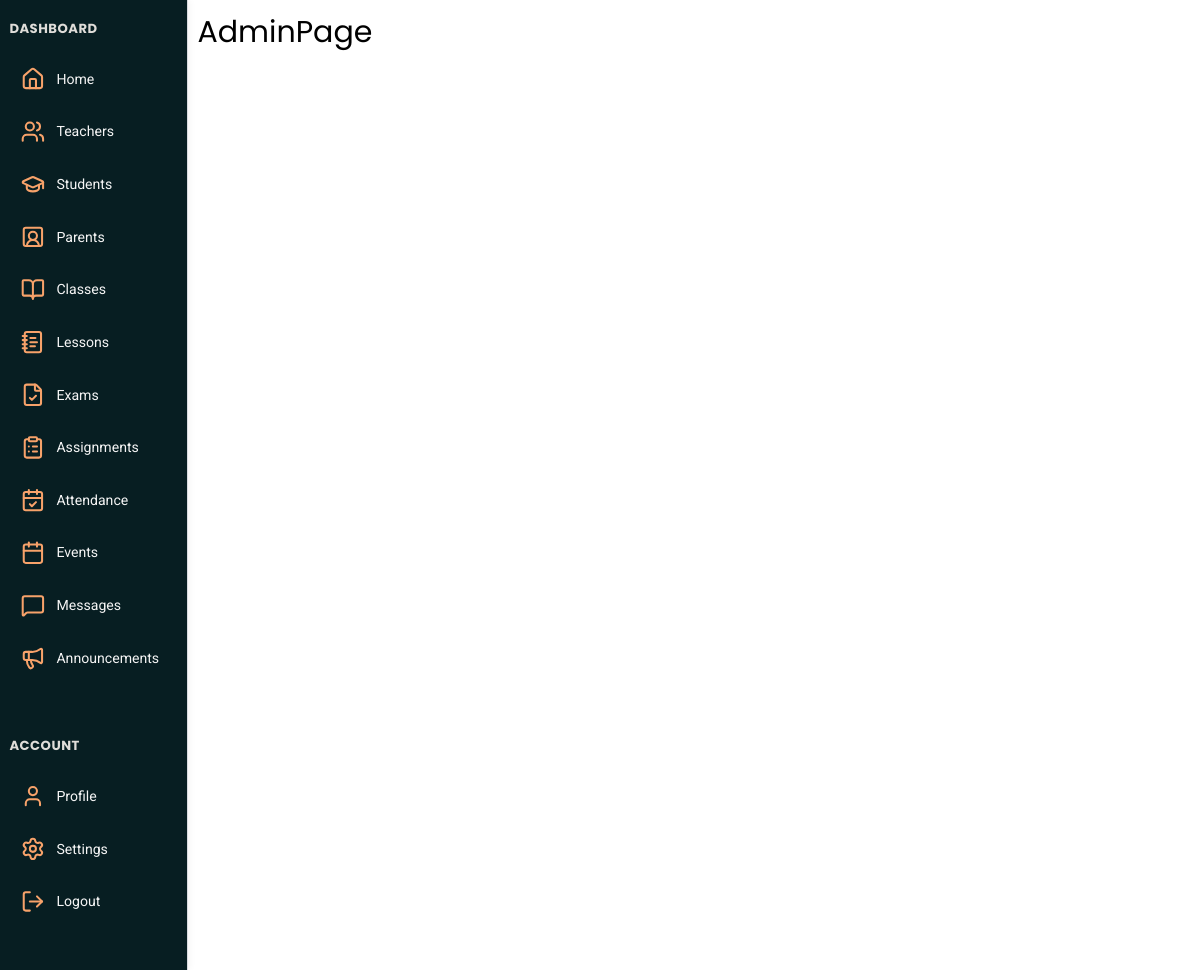
Repository: GlorifiedIntel/student-portal
Page: /admin
An editor plug-in stored every save of this project. The page is shown before and after the next save, followed by the edit.
The browser window is 1280 px wide. The pictures show the whole page, at 94% of full size.
The project was rebuilt for these pictures with package versions that can differ from the ones it lists, and the page was loaded fresh each time. The framework's server and built-in components were replaced by stand-ins that run in the browser. Also part of the build but not shown: next.config.mjs.

Above is the page before, as saved 2025-08-21 17:05:23.

### src/app/layout.js
import { Play, Poppins, Roboto } from "next/font/google";
import "./globals.css";

const play = Play({
  variable: "--font-play",
  subsets: ["latin"],
  weight: ["400", "700"], // available weights
});

const poppins = Poppins({
  variable: "--font-poppins",
  subsets: ["latin"],
  weight: ["100", "200", "300", "400", "500", "600", "700", "800", "900"],
});

const roboto = Roboto({
  variable: "--font-roboto",
  subsets: ["latin"],
  weight: ["100", "300", "400", "500", "700", "900"],
});

export const metadata = {
  title: "Create Next App",
  description: "Generated by create next app",
};

export default function RootLayout({ children }) {
  return (
    <html lang="en">
      <body className={`${roboto.variable} ${poppins.variable} ${play.variable} antialiased`}>
       {children}
      </body>
    </html>
  );
}

### src/app/(dashboard)/layout.jsx
import Menu from "@/components/Menu";
import styles from "./Layout.module.css";

export default function DashboardLayout({ children }) {
  return (
    <div className={styles.dashboardlayout}>
      <aside className={styles.menusidebar}>
        <Menu />
      </aside>
      <main className={styles.dashboardcontent}>{children}</main>
    </div>
  );
}

### src/app/(dashboard)/admin/page.jsx
import React from 'react'

const AdminPage = () => {
  return (
    <div><h1>AdminPage</h1></div>
  )
}

export default AdminPage

### src/app/globals.css
@import "tailwindcss";


html, body {
  height: 100%;
  margin: 0;
  padding: 0;
   font-family: var(--font-roboto), sans-serif;
}

h1, h2, h3 {
  font-family: var(--font-poppins), sans-serif;
}

.special-text {
  font-family: var(--font-play), serif;
}


#__next, #root {
  height: 100%;
}

h1 {
  font-size: 2rem;
  margin-bottom: 1rem;
}

### src/components/Menu.jsx
"use client";

import Link from "next/link";
import {
  Home,
  Users,
  GraduationCap,
  UserSquare2,
  BookOpen,
  NotebookText,
  FileCheck,
  ClipboardList,
  CalendarCheck,
  Calendar,
  MessageSquare,
  Megaphone,
  User,
  Settings,
  LogOut,
} from "lucide-react";
import styles from "./Menu.module.css";  // ✅ Corrected import

const menuItems = [
  {
    title: "DASHBOARD",
    items: [
      { icon: Home, label: "Home", href: "/" },
      { icon: Users, label: "Teachers", href: "/teachers" },
      { icon: GraduationCap, label: "Students", href: "/students" },
      { icon: UserSquare2, label: "Parents", href: "/parents" },
      { icon: BookOpen, label: "Classes", href: "/classes" },
      { icon: NotebookText, label: "Lessons", href: "/lessons" },
      { icon: FileCheck, label: "Exams", href: "/exams" },
      { icon: ClipboardList, label: "Assignments", href: "/assignments" },
      { icon: CalendarCheck, label: "Attendance", href: "/attendance" },
      { icon: Calendar, label: "Events", href: "/events" },
      { icon: MessageSquare, label: "Messages", href: "/messages" },
      { icon: Megaphone, label: "Announcements", href: "/announcements" },
    ],
  },
  {
    title: "ACCOUNT",
    items: [
      { icon: User, label: "Profile", href: "/profile" },
      { icon: Settings, label: "Settings", href: "/settings" },
      { icon: LogOut, label: "Logout", href: "/logout" },
    ],
  },
];

const Menu = () => {
  return (
    <div className={styles.menu}>
      {menuItems.map((section) => (
        <div className={styles["menu-section"]} key={section.title}>
          <span className={styles["menu-title"]}>{section.title}</span>
          {section.items.map((item) => (
            <Link href={item.href} key={item.label} className={styles["menu-link"]}>
              <item.icon size={26} className={styles["menu-icon"]} />
              <span>{item.label}</span>
            </Link>
          ))}
        </div>
      ))}
    </div>
  );
};

export default Menu;

### src/app/(dashboard)/Layout.module.css
.dashboardlayout {
  display: flex;
  min-height: 100vh;
}

.dashboardcontent {
  flex: 1;
  padding: 10px;
}

### src/components/Menu.module.css
.menu {
  width: 200px;
  background-color: #071E22;
  border-right: 1px solid #e5e7eb;
  padding: 20px 10px;
  display: flex;
  flex-direction: column;
  gap: 30px;
  min-height: 100vh;
  box-shadow: 2px 0 8px rgba(0, 0, 0, 0.05);
  transition: all 0.3s ease-in-out;
}

.menu-section {
  display: flex;
  flex-direction: column;
  gap: 10px;
  margin-bottom: 30px;
}

.menu-title {
  font-size: 14px;
  font-weight: 700;
  color: #dfddd9;
  text-transform: uppercase;
  margin-bottom: 10px;
  letter-spacing: 0.5px;
  font-family: Poppins, sans-serif;
}

.menu-link {
  display: flex;
  align-items: center;
  gap: 12px;
  padding: 10px 12px;
  text-decoration: none;
  color: whitesmoke;
  font-size: 15px;
  border-radius: 8px;
  transition: background 0.2s ease, color 0.2s ease;
}

.menu-link:hover {
  background-color: #f3f4f6;
  color: #1f2937;
}

.menu-icon {
  color: #f7a26a;
  transition: color 0.2s ease;
}

.menu-link:hover .menu-icon {
  color: #2563eb;
}

.menu-link span {
  flex: 1;
}

/* Active link style (optional) */
.menu-link.active {
  background-color: #e0e7ff;
  color: #1e3a8a;
}

.menu-link.active .menu-icon {
  color: #1e3a8a;
}

/* Responsive sidebar */
@media (max-width: 768px) {
  .menu {
    width: 100%;
    flex-direction: row;
    min-height: auto;
    border-right: none;
    border-bottom: 1px solid #e5e7eb;
    padding: 10px;
    gap: 20px;
    overflow-x: auto;
  }

  .menu-section {
    flex-direction: row;
    gap: 20px;
  }

  .menu-title {
    display: none;
  }

  .menu-link span {
    display: none;
  }

  .menu-link {
    padding: 8px;
    justify-content: center;
  }
}

After the next save:
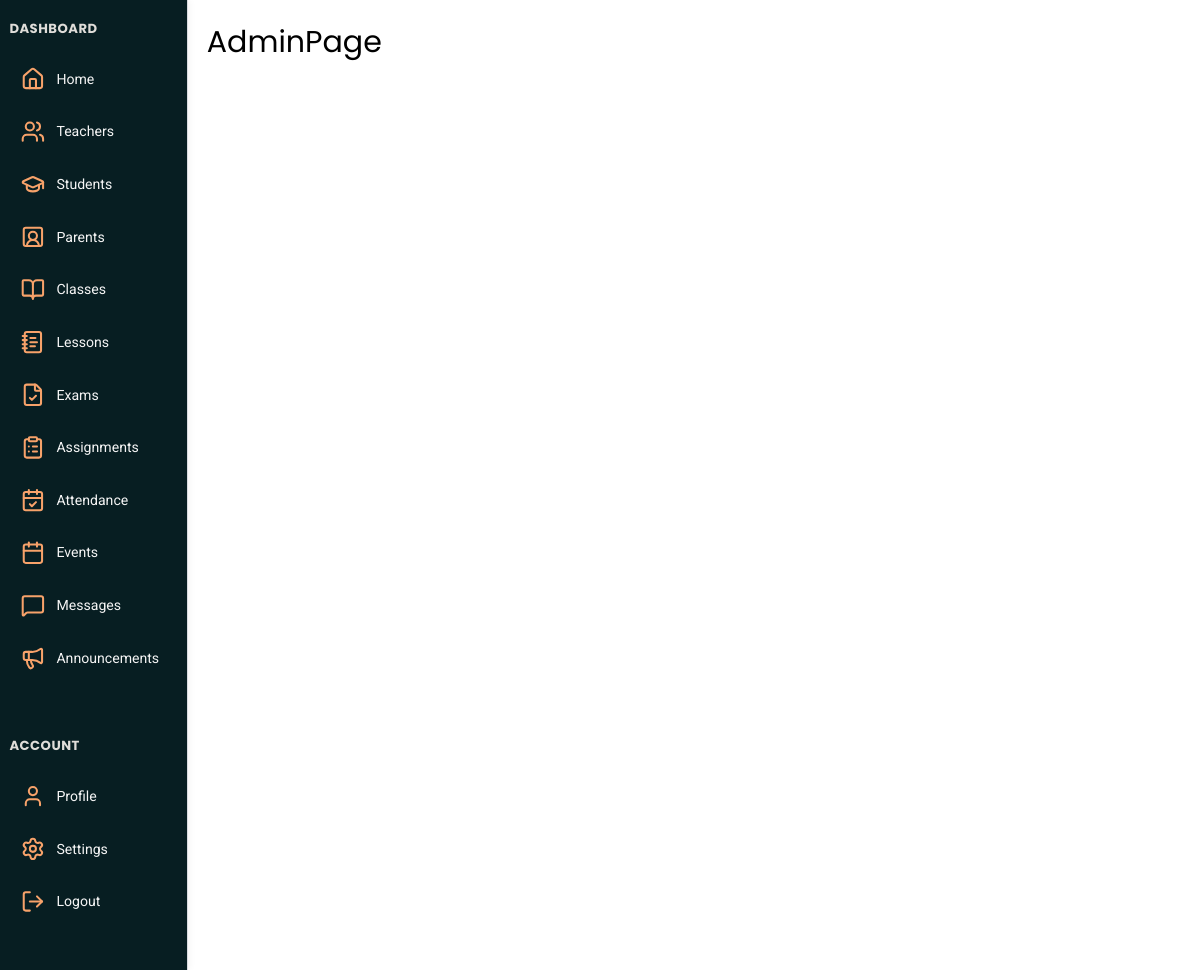
Saved 96 s later.
--- a/src/app/(dashboard)/Layout.module.css
+++ b/src/app/(dashboard)/Layout.module.css
@@ -3,7 +3,17 @@
   min-height: 100vh;
 }
 
+.sidebar {
+  width: 250px;
+  flex-shrink: 0;
+  background-color: #f5f5f5;
+  border-right: 1px solid #ddd;
+  position: sticky;
+  top: 0;
+  height: 100vh;
+}
+
 .dashboardcontent {
   flex: 1;
-  padding: 10px;
+  padding: 20px;
 }
